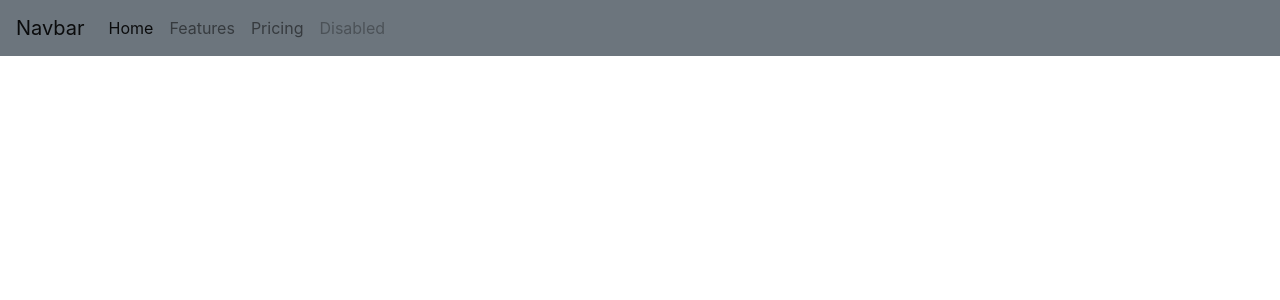
Repository: gegitonga/Java-Workspace
Page: http://localhost/JavaWebApp/jsp/header.jsp
These files come from the project's save history. The page is drawn as it stood at one moment and after the next save; the edit follows.
The browser window is 1280 px wide. The pictures show the whole page.
The page is served by Tomcat 9.

Above is the page before, as saved 2024-02-15 11:16:39.

After the next save:
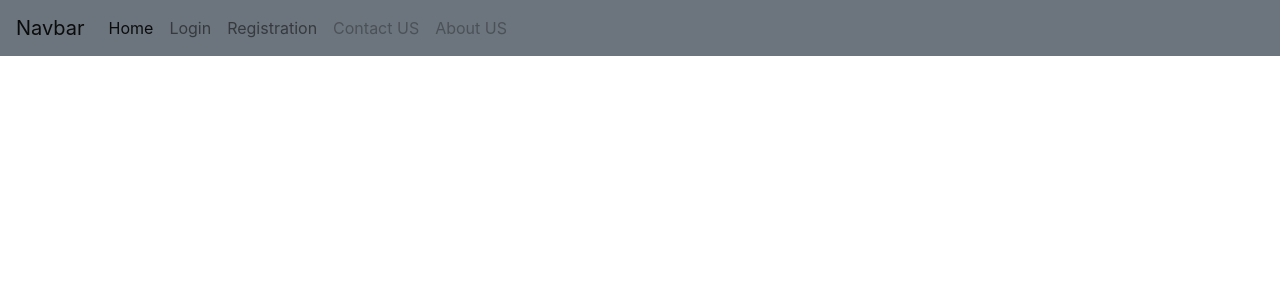
Saved 96 s later.
--- a/JWA/JavaWebApp/src/main/webapp/jsp/header.jsp
+++ b/JWA/JavaWebApp/src/main/webapp/jsp/header.jsp
@@ -26,13 +26,16 @@
         <a class="nav-link" href="#">Home <span class="sr-only">(current)</span></a>
       </li>
       <li class="nav-item">
-        <a class="nav-link" href="#">Features</a>
+        <a class="nav-link" href="#">Login</a>
       </li>
       <li class="nav-item">
-        <a class="nav-link" href="#">Pricing</a>
+        <a class="nav-link" href="#">Registration</a>
       </li>
       <li class="nav-item">
-        <a class="nav-link disabled" href="#">Disabled</a>
+        <a class="nav-link disabled" href="#">Contact US</a>
+      </li>
+      <li class="nav-item">
+        <a class="nav-link disabled" href="#">About US</a>
       </li>
     </ul>
   </div>
